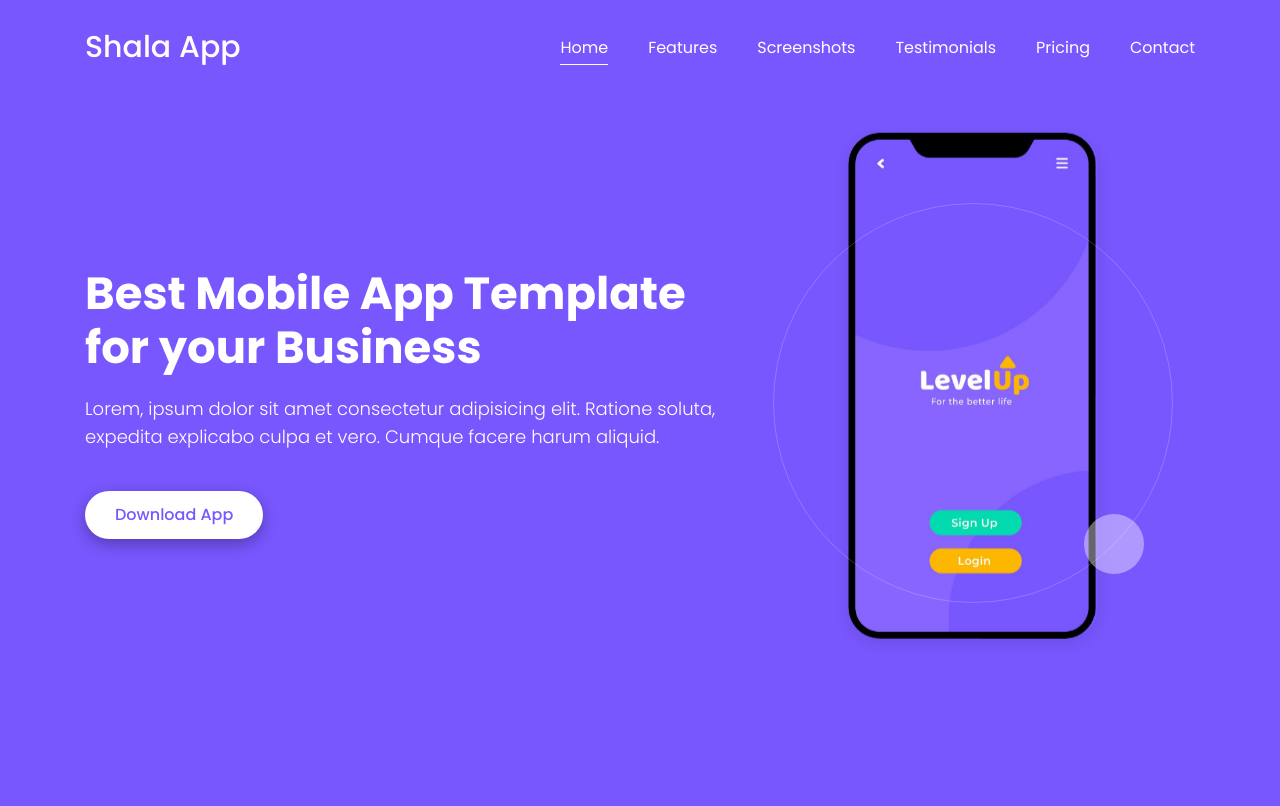
Repository: Mohamed-Hema/Shala-App
Page: index.html
These files come from the project's save history. The page is drawn as it stood at one moment and after the next save; the edit follows.
The browser window is 1280 px wide. The pictures show the whole page.

Above is the page before, as saved 2021-02-13 09:16:42.

After the next save:
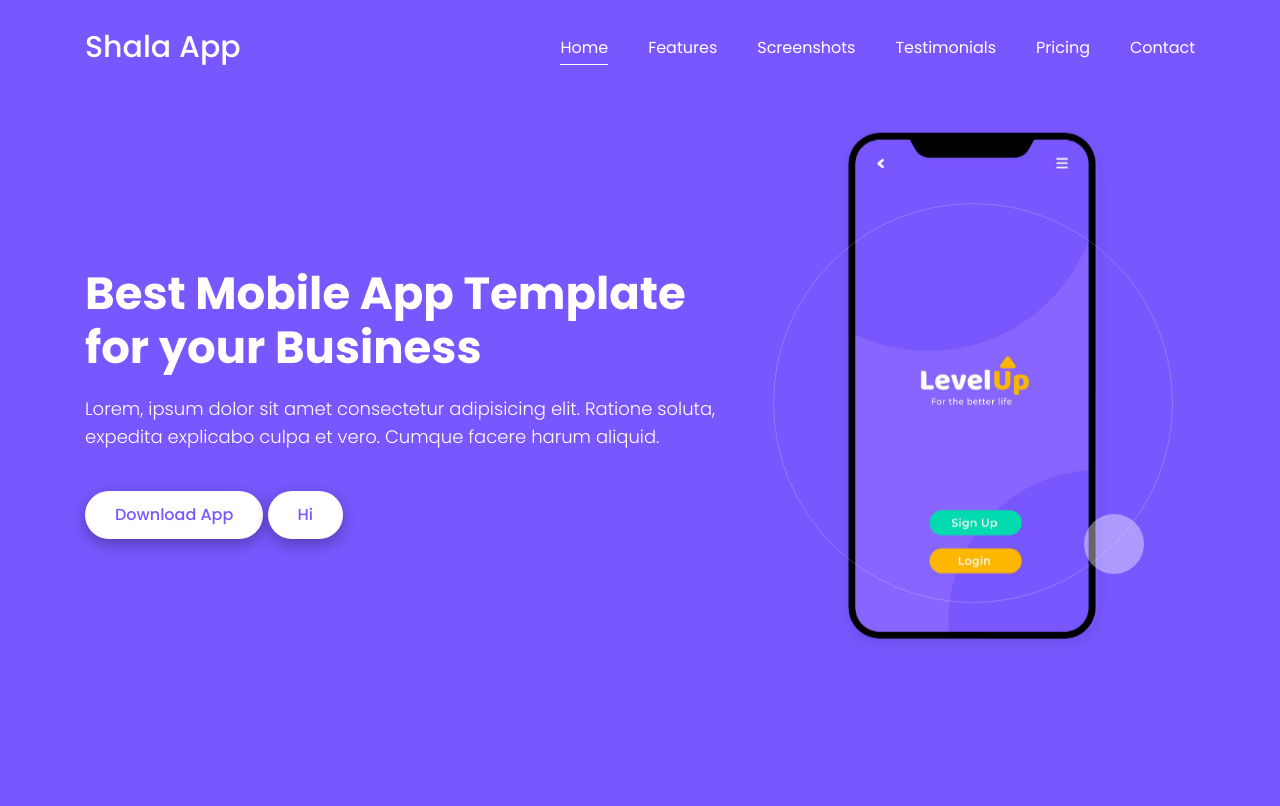
Saved 2 min 36 s later.
--- a/index.html
+++ b/index.html
@@ -63,6 +63,7 @@
             <p>Lorem, ipsum dolor sit amet consectetur adipisicing elit. Ratione soluta, expedita explicabo culpa et vero. Cumque facere harum aliquid.</p>
             <div class="home-btn">
               <a href="#" class="btn btn-1">Download App</a>
+              <button type="button" class="btn btn-1 video-play">Hi</button>
             </div>
           </div>
         </div>
